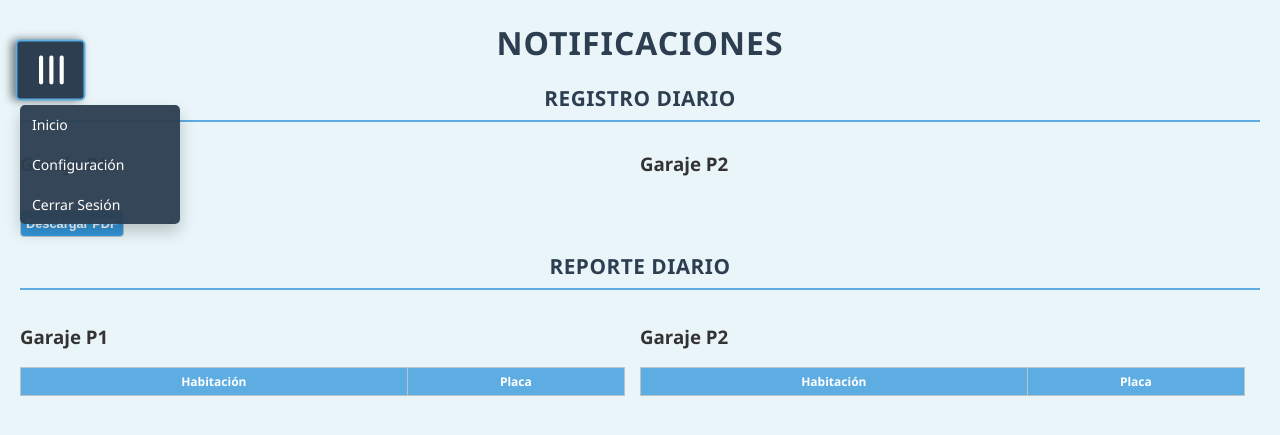
Repository: EddyWebz/base-datos
Page: privado/report.html
The author's editor kept a copy of each file at every save. The page is drawn from the files as they stood at one save, then again after the next save.
The browser window is 1280 px wide. The pictures show the whole page.
After loading, the first visible `button.menu-icon` was clicked once.
The page's requests for data from a server got no answer.

Above is the page before, as saved 2024-08-29 16:55:27.

After the next save:
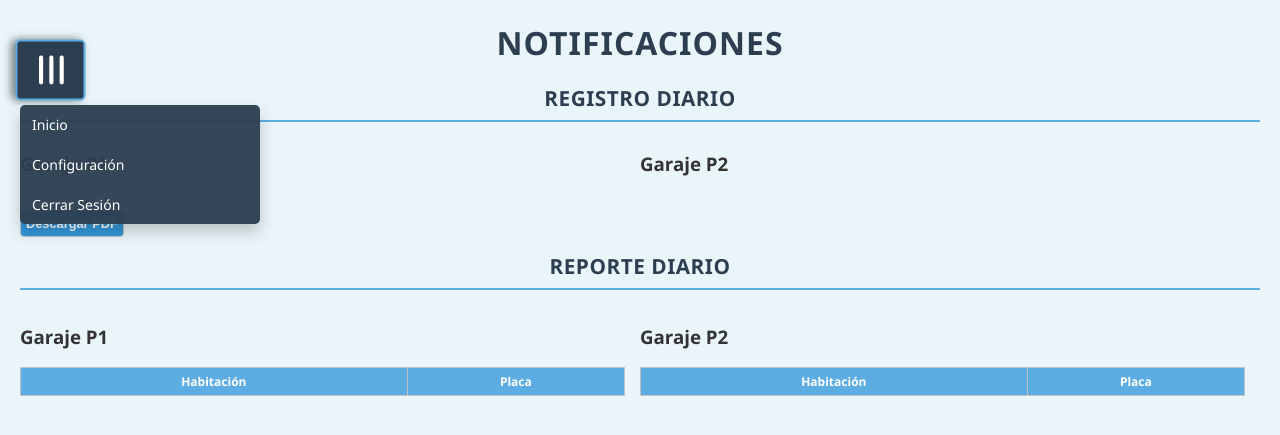
Saved 4 min 46 s later.
--- a/BASE-2/notif.css
+++ b/BASE-2/notif.css
@@ -196,6 +196,13 @@ button:hover {
         padding: 15px 18px; /* Aumentar padding de los enlaces */
         font-size: 18px; /* Aumentar tamaño de la fuente */
     }
+    .dropdown-content.show {
+        opacity: 1;
+        visibility: visible;
+        transform: translateY(0);
+        min-width: 240px; /* Aumentar el ancho del menú */
+    }
+
 }
 
 .menu-icon:hover {
